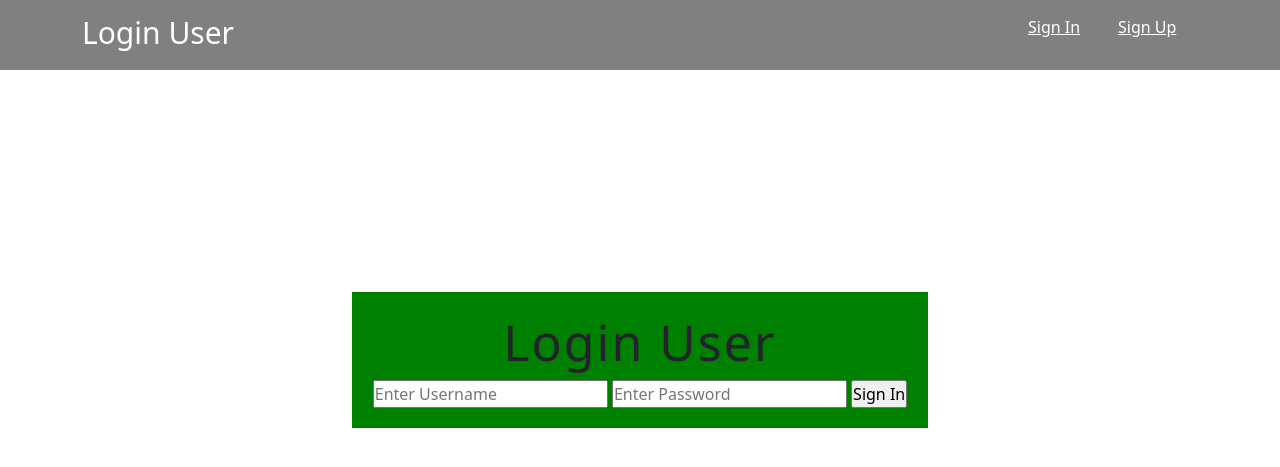
Repository: Ahmed123rezk123/App_Js
Page: login.html
An editor plug-in stored every save of this project. The page is shown before and after the next save, followed by the edit.
The browser window is 1280 px wide. The pictures show the whole page.

Above is the page before, as saved 2024-03-22 23:20:03.

### login.html
<!DOCTYPE html>
<html lang="en">
  <head>
    <meta charset="UTF-8" />
    <meta name="viewport" content="width=device-width, initial-scale=1.0" />
    <title>Login Page</title>
    <link rel="stylesheet" href="css/style.css" />
    <link rel="stylesheet" href="css/all.css" />
    <link
      href="https://cdn.jsdelivr.net/npm/bootstrap@5.3.3/dist/css/bootstrap.min.css"
      rel="stylesheet"
    />
  </head>
  <body>
    <header>
      <div class="container">
        <div class="header-content">
          <a href="index.html" class="brand">Login User</a>
          <nav>
            <ul class="link">
              <li><a href="login.html">Sign In</a></li>
              <li><a href="register.html">Sign Up</a></li>
            </ul>
          </nav>
        </div>
      </div>
    </header>
        <section class="section-form">
            <h2>Login User</h2>
            <form>
                <input type="text" placeholder="Enter Username" id="username">
                <input type="password" placeholder="Enter Password" id="password">
                <input type="submit" value="Sign In" id="sign_in">
            </form>
        </section>

        <script src="https://cdn.jsdelivr.net/npm/bootstrap@5.3.3/dist/js/bootstrap.bundle.min.js"></script>
  </body>
</html>

### css/style.css
* {
    margin: 0;
    padding: 0;
    box-sizing: border-box;
}

.container {
    width: 80%;
    margin: auto;
}
header {
    height: 70px;
    background-color: gray;
    padding: 10px 0;
}
.header-content {
    display: flex;
    justify-content: space-between;
    /* align-items: center; */
}
.header-content .brand {
    font-size: 30px;
    color: white;
    text-decoration: none;

}

nav ul {
    display: flex;
    list-style: none;

}
nav  li a {
    display: block;
    color: white;
    min-width: 80px;
    /* text-decoration: none; */
    margin: 0px 5px;
    padding: 5px;

}
/* form */
.section-form {
    position: absolute;
    top: 50%;
    left: 50%;
    transform: translate(-50%,-50%);
    width: 45%;
    text-align: center;
    background-color: green;
    padding: 20px;
}
.section-form h2 {
    font-size: 50px;
    letter-spacing: 2px;
}

Loaded but not shown: css/all.css (library)

After the next save:
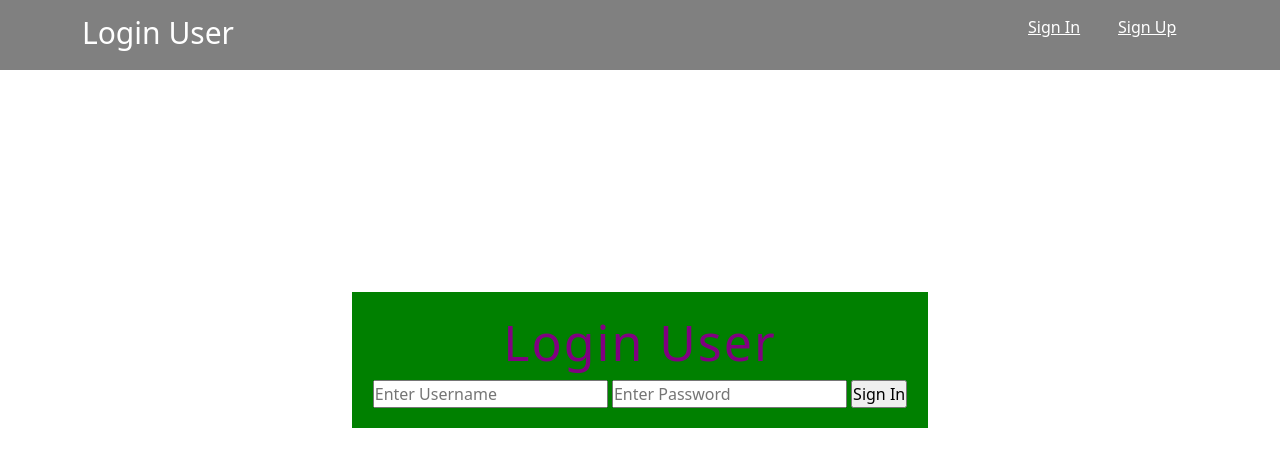
Saved 5 s later.
--- a/css/style.css
+++ b/css/style.css
@@ -53,4 +53,6 @@ nav  li a {
 .section-form h2 {
     font-size: 50px;
     letter-spacing: 2px;
+    color: purple;
+
 }
